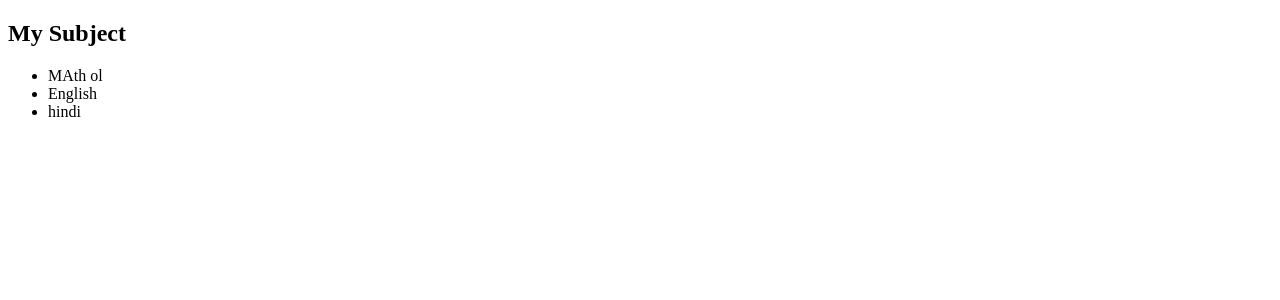
Repository: ramlakhan1/resume1
Page: index.html
These files come from the project's save history. The page is drawn as it stood at one moment and after a run of saves; the edit follows.
The browser window is 1280 px wide. The pictures show the whole page.

Above is the page before, as saved 2022-11-05 13:54:43.

After the next 3 saves:
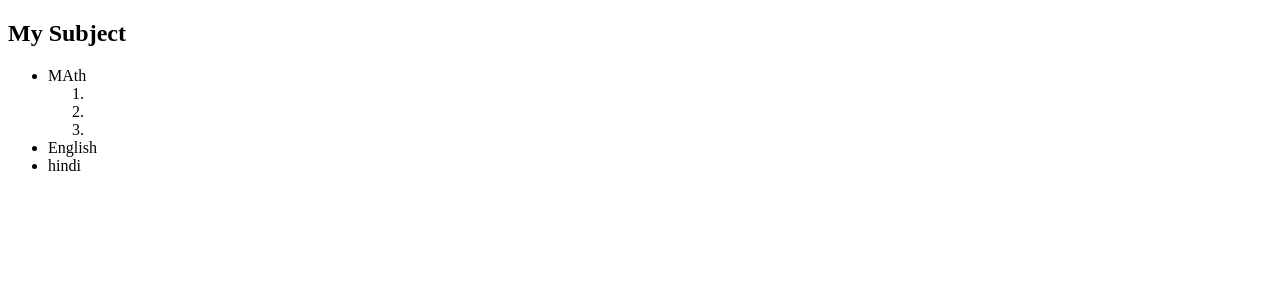
The 3 saves are shown as one change because they came seconds apart.
The last was saved 9 s later.
--- a/index.html
+++ b/index.html
@@ -10,7 +10,11 @@
     <h2>My Subject</h2>
     <ul>
     <li>MAth
-        ol
+        <ol>
+            <li></li>
+            <li></li>
+            <li></li>
+        </ol>
     </li>
     <li>English</li>
     <li>hindi</li>
